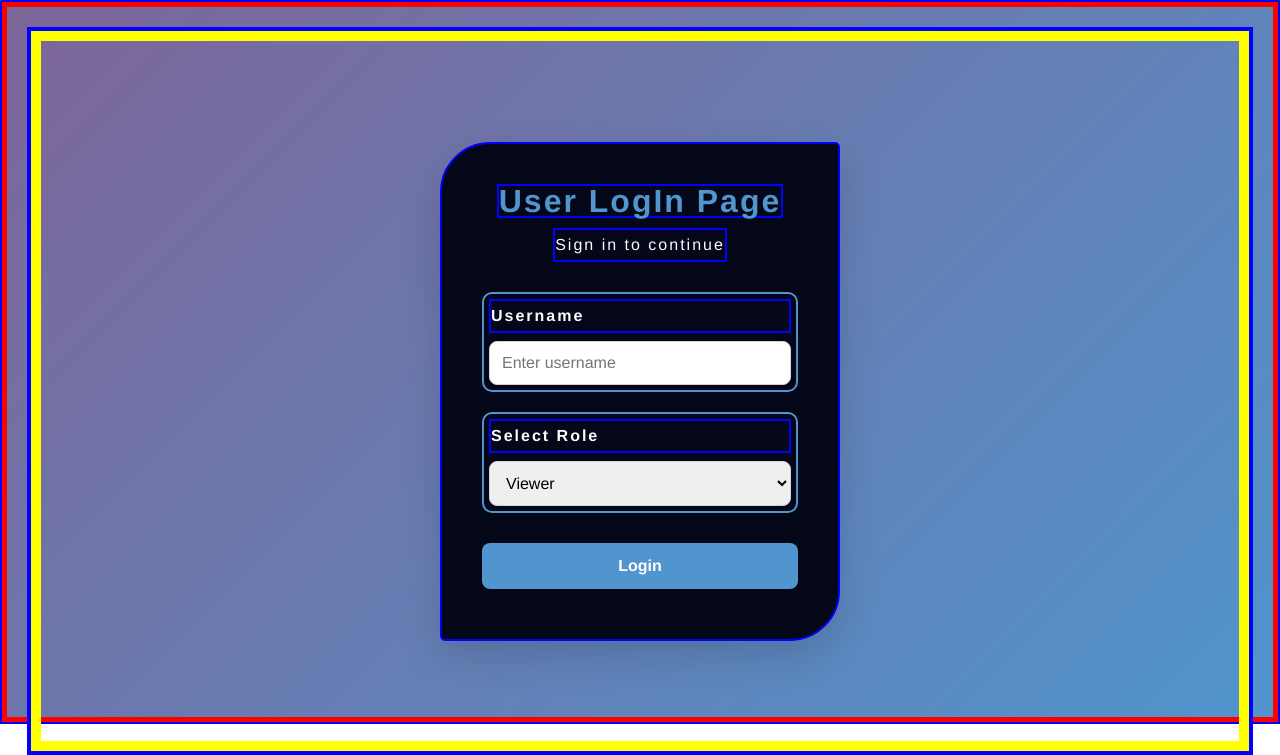
Repository: SolomonChinonso/myUserDashboard
Page: /dashboard (app in my-user-dashboard-app/)
An editor plug-in stored every save of this project. The page is shown before and after the next save, followed by the edit.
The browser window is 1280 px wide. The pictures show the whole page.
The project was rebuilt for these pictures with package versions that can differ from the ones it lists, and the page was loaded fresh each time. Also part of the build but not shown: my-user-dashboard-app/vite.config.ts, my-user-dashboard-app/src/App.css, my-user-dashboard-app/src/pages/global.css, my-user-dashboard-app/src/pages/Dashboard.tsx, my-user-dashboard-app/src/pages/Profile.tsx, my-user-dashboard-app/src/pages/Settings.tsx, my-user-dashboard-app/src/components/Navbar.tsx.

Above is the page before, as saved 2026-05-31 14:32:39.

After the next save:
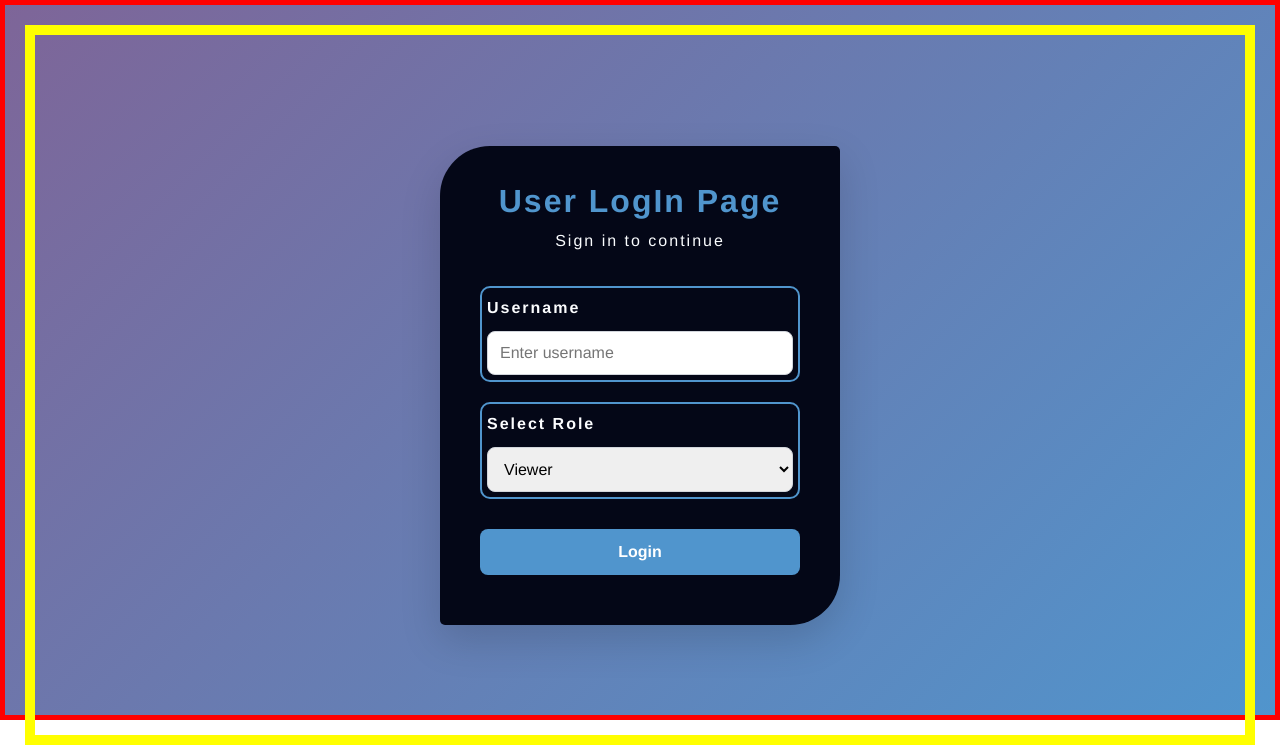
Saved 25 s later.
--- a/my-user-dashboard-app/src/index.css
+++ b/my-user-dashboard-app/src/index.css
@@ -3,7 +3,7 @@
     padding: 0;
     font-family: 'Franklin Gothic Medium', 'Arial Narrow', Arial, sans-serif;
     box-sizing: border-box;
-    border: 2px solid blue;
+
 
 }
 body{
